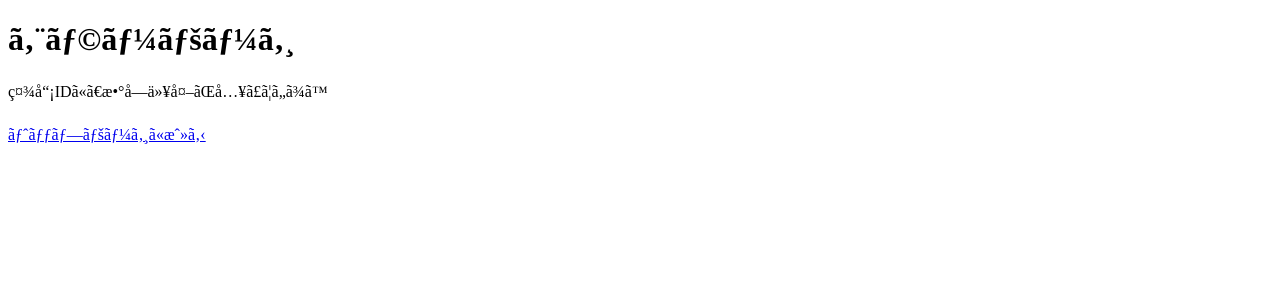
Repository: jp-debug-code/Java-servlet-test
Page: http://localhost/jj_mysql/error.jsp
These files come from the project's save history. The page is drawn as it stood at one moment and after the next save; the edit follows.
The browser window is 1280 px wide. The pictures show the whole page.
The page is served by Tomcat 9. Other server files are loaded and not shown.

Above is the page before, as saved 2023-10-19 12:53:33.

### jj_mysql/src/main/webapp/error.jsp
<!DOCTYPE html>
<html lang="ja">
  <head>
    <meta charset="UTF-8" />
    <meta http-equiv="X-UA-Compatible" content="IE=edge" />
    <meta name="viewport" content="width=device-width, initial-scale=1.0" />
    <title>エラーページ</title>
  </head>
  <body>
    <h1>エラーページ</h1>
    <p>社員IDに、数字以外が入っています</p>
    <a href="javascript:history.back();">トップページに戻る</a>
  </body>
</html>

After the next save:
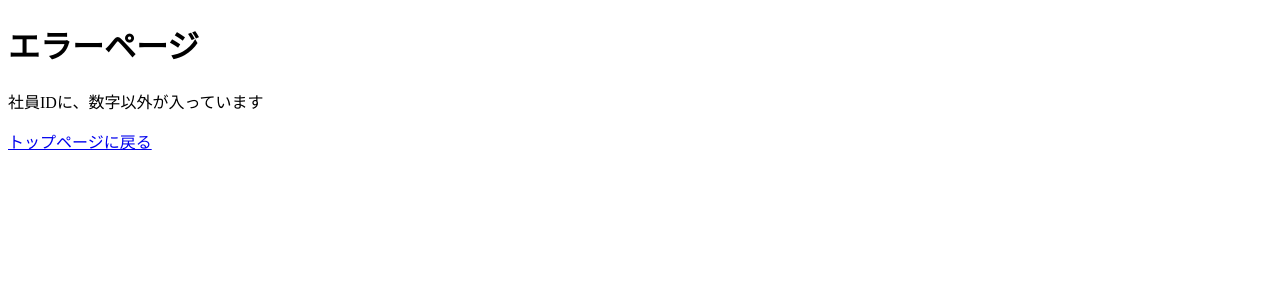
Saved 110 min 19 s later.
--- a/jj_mysql/src/main/webapp/error.jsp
+++ b/jj_mysql/src/main/webapp/error.jsp
@@ -1,3 +1,7 @@
+<%@ page language="java" contentType="text/html;
+ charset=UTF-8" pageEncoding="UTF-8"%>
+<%@ taglib prefix="c"
+uri="http://java.sun.com/jsp/jstl/core"%>
 <!DOCTYPE html>
 <html lang="ja">
   <head>
